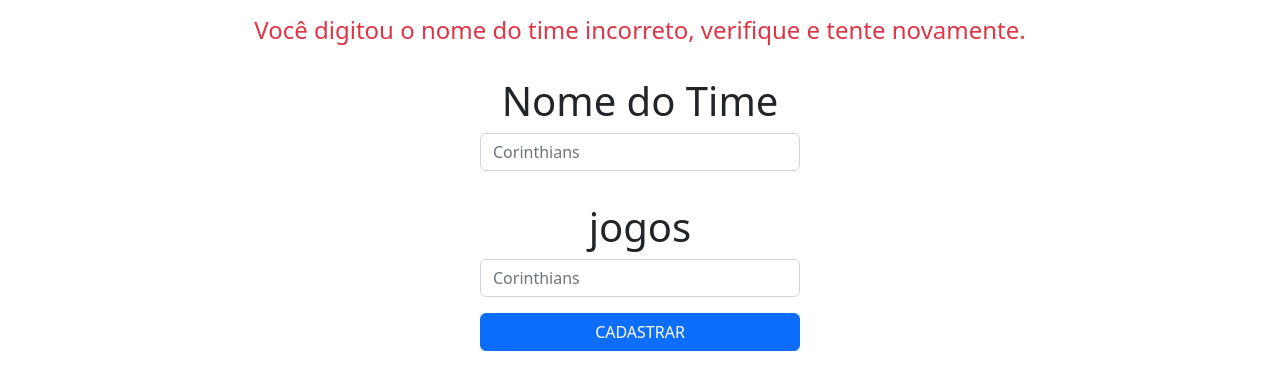
Repository: ricardodamaceno/Coeficiente-de-Variacao-de-Gols
Page: http://localhost/add-erro
These files come from the project's save history. The page is drawn as it stood at one moment and after the next save; the edit follows.
The browser window is 1280 px wide. The pictures show the whole page.
The page is this project's Thymeleaf template; nobody is signed in. The template is opened directly, without the code that normally fills it, so the values that code supplies are empty.

Above is the page before, as saved 2022-09-17 16:57:37.

### aposta-tozo/src/main/resources/templates/add-erro.html
<!DOCTYPE html>
<html xmlns:th="http://www.thymeleaf.org">
<head>
<meta name="viewport"
	content="width = device-width, initial-scale = 1, shrink-to-fit = no">
<!-- CSS only -->
<link
	href="https://cdn.jsdelivr.net/npm/bootstrap@5.2.1/dist/css/bootstrap.min.css"
	rel="stylesheet"
	integrity="sha384-iYQeCzEYFbKjA/T2uDLTpkwGzCiq6soy8tYaI1GyVh/UjpbCx/TYkiZhlZB6+fzT"
	crossorigin="anonymous">
<title>Apostas Esportivas</title>
</head>

<body>
<h4 class="mb-3 mt-3 text-center text-danger">Você digitou o nome do time incorreto, verifique e tente novamente.</h4>
<div class="col-md-3 rounded mx-auto d-block">
	<form method="post" action="/add">
		<div class="mb-3 text-center">
			<label for="exampleInputEmail1" class="form-label mt-3 h1">Nome do Time</label>
			<input type="text" placeholder="Corinthians" class="form-control" name="nomeTime">
		</div>
		<div class="mb-3 text-center">
			<label for="exampleInputEmail1" class="form-label mt-3 h1">jogos</label>
			<input type="text" placeholder="Corinthians" class="form-control" name="jogosAnalisados">
		</div>
		<button type="submit" class="btn btn-primary rounded mx-auto d-block col-md-12">CADASTRAR</button>
	</form>
</div>
</body>
</html>

After the next save:
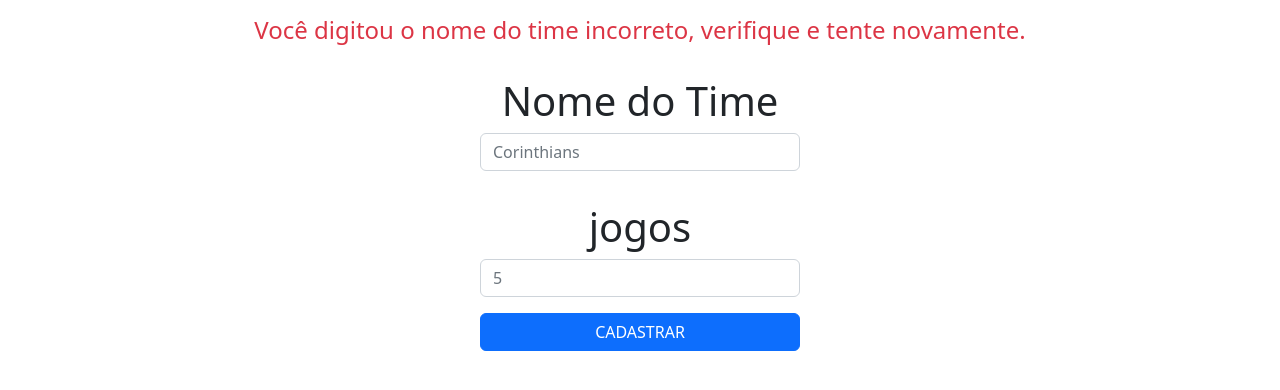
Saved 45 s later.
--- a/aposta-tozo/src/main/resources/templates/add-erro.html
+++ b/aposta-tozo/src/main/resources/templates/add-erro.html
@@ -22,7 +22,7 @@
 		</div>
 		<div class="mb-3 text-center">
 			<label for="exampleInputEmail1" class="form-label mt-3 h1">jogos</label>
-			<input type="text" placeholder="Corinthians" class="form-control" name="jogosAnalisados">
+			<input type="number" placeholder="5" class="form-control" name="jogosAnalisados">
 		</div>
 		<button type="submit" class="btn btn-primary rounded mx-auto d-block col-md-12">CADASTRAR</button>
 	</form>
